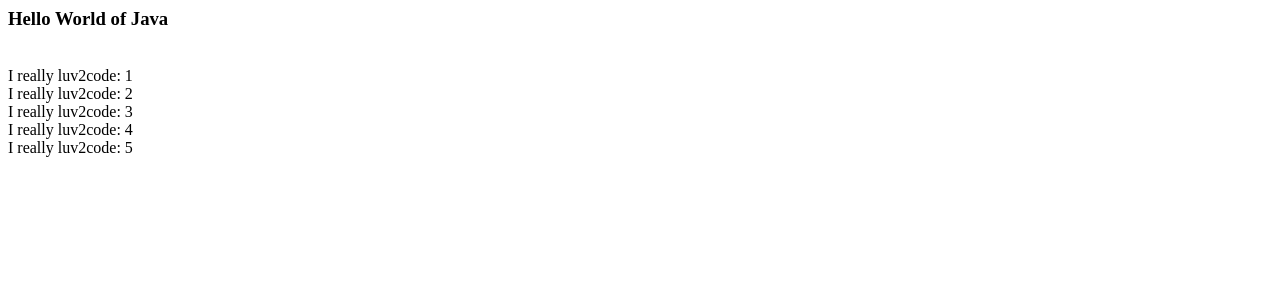
Repository: Vijay-Ky/JavaFSD-DSU
Page: http://localhost/JSP/scriptlet-test.jsp
The author's editor kept a copy of each file at every save. The page is drawn from the files as they stood at one save, then again after the next save.
The browser window is 1280 px wide. The pictures show the whole page.
The page is served by Tomcat 9. Other server files are loaded and not shown.

Above is the page before, as saved 2021-06-08 11:50:21.

### projects/A_Simple_Database_Application_JDBC_JSP_Servlets/JSP/WebContent/scriptlet-test.jsp
<html>

<body>

<h3>Hello World of Java</h3>

<%
	for (int i=1; i <=5; i++) {
		out.println("<br/>I really luv2code: " + i);
	}
%>
</body>

</html>

After the next save:
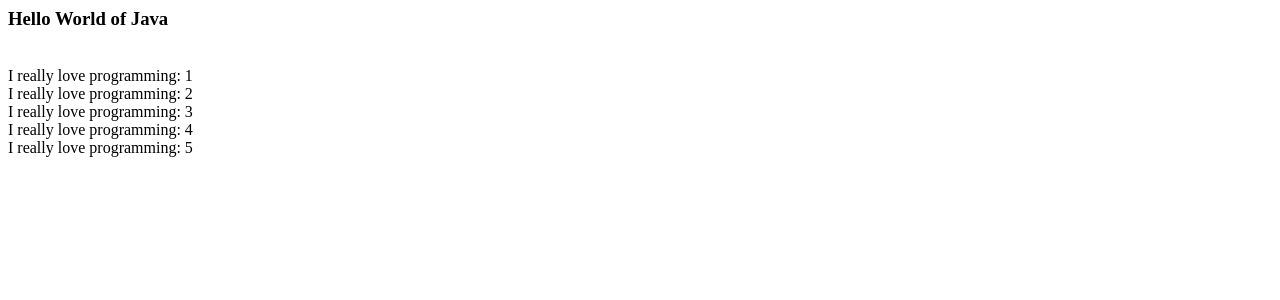
Saved 10 min 29 s later.
--- a/projects/A_Simple_Database_Application_JDBC_JSP_Servlets/JSP/WebContent/scriptlet-test.jsp
+++ b/projects/A_Simple_Database_Application_JDBC_JSP_Servlets/JSP/WebContent/scriptlet-test.jsp
@@ -6,7 +6,7 @@
 
 <%
 	for (int i=1; i <=5; i++) {
-		out.println("<br/>I really luv2code: " + i);
+		out.println("<br/>I really love programming: " + i);
 	}
 %>
 </body>
